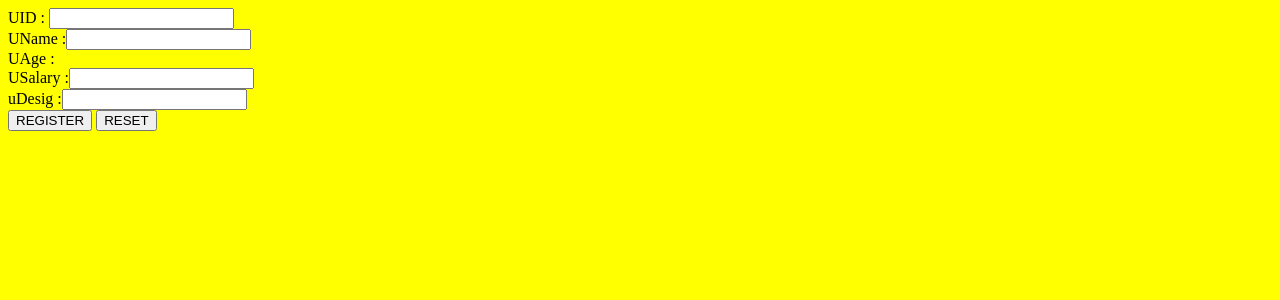
Repository: Thaneshwara848/JSP_Demo
Page: SLProject1/src/main/webapp/Register.html
The author's editor kept a copy of each file at every save. The page is drawn from the files as they stood at one save, then again after the next save.
The browser window is 1280 px wide. The pictures show the whole page.

Above is the page before, as saved 2022-08-08 15:05:42.

### SLProject1/src/main/webapp/Register.html
<!DOCTYPE html>
<html>
<head>
<meta charset="UTF-8">
<title>Insert title here</title>
</head>
<body bgcolor="yellow">
	<div>
		<form action="" >

			UID : <input type="text" name="uid"><br>
			UName :<input type="text" name="uname"><br>
			UAge :<input" type="text" name="uage"><br>
			USalary :<input type="text" name="usalary"><br>
			uDesig :<input type="text" name="udesig"><br>

			<input type="submit" value="REGISTER">
			<input type="reset" value="RESET">



		</form>
	</body>
</html>

After the next save:
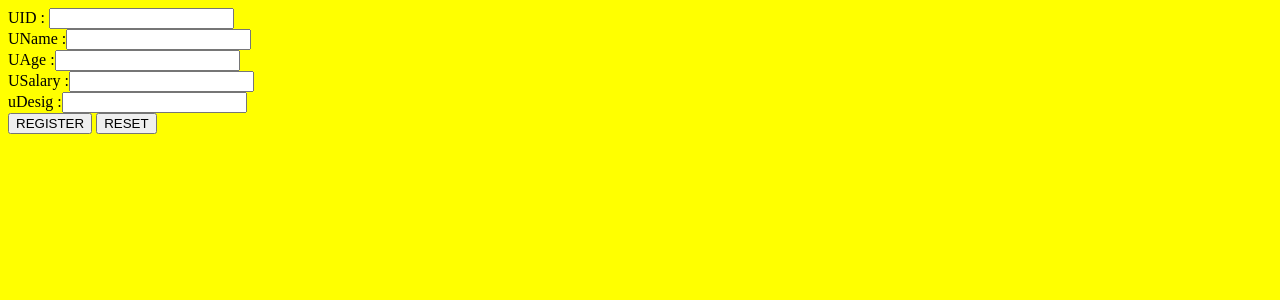
Saved 25 s later.
--- a/SLProject1/src/main/webapp/Register.html
+++ b/SLProject1/src/main/webapp/Register.html
@@ -10,7 +10,7 @@
 
 			UID : <input type="text" name="uid"><br>
 			UName :<input type="text" name="uname"><br>
-			UAge :<input" type="text" name="uage"><br>
+			UAge :<input type="text" name="uage"><br>
 			USalary :<input type="text" name="usalary"><br>
 			uDesig :<input type="text" name="udesig"><br>
 
